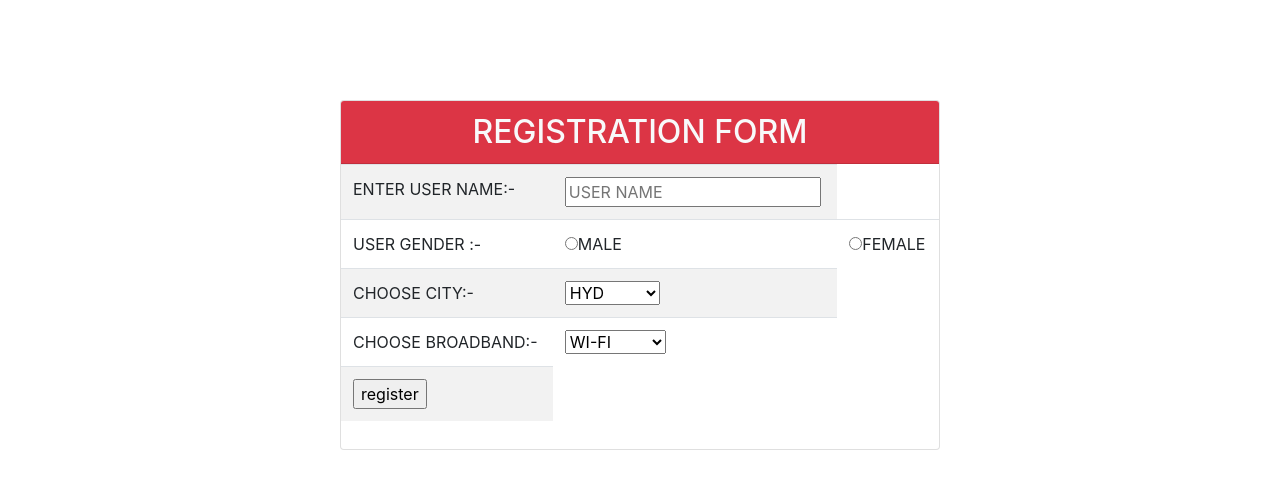
Repository: REDDI-BHARGAV/project
Page: PROJECT/src/main/webapp/WEB-INF/FORM.html
These files come from the project's save history. The page is drawn as it stood at one moment and after the next save; the edit follows.
The browser window is 1280 px wide. The pictures show the whole page.

Above is the page before, as saved 2022-07-26 11:24:09.

After the next save:
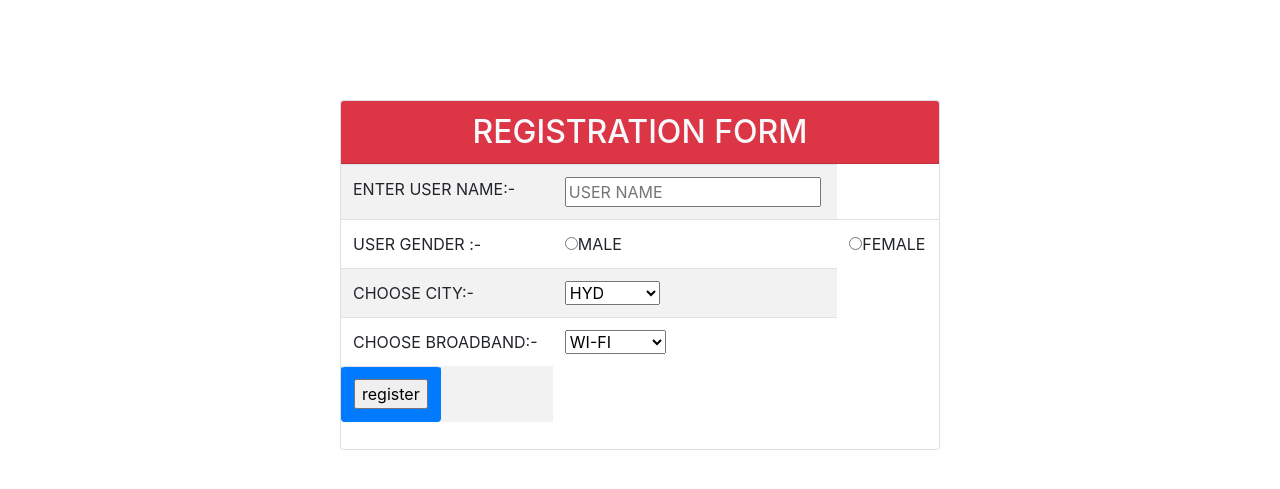
Saved 64 s later.
--- a/PROJECT/src/main/webapp/WEB-INF/FORM.html
+++ b/PROJECT/src/main/webapp/WEB-INF/FORM.html
@@ -50,7 +50,7 @@ div {
 				</tr>
 
 				<tr>
-					<td><input type="submit" value="register"></td>
+					<td class="btn btn-primary"><input type="submit" value="register"></td>
 				</tr>
 
 			</table>
